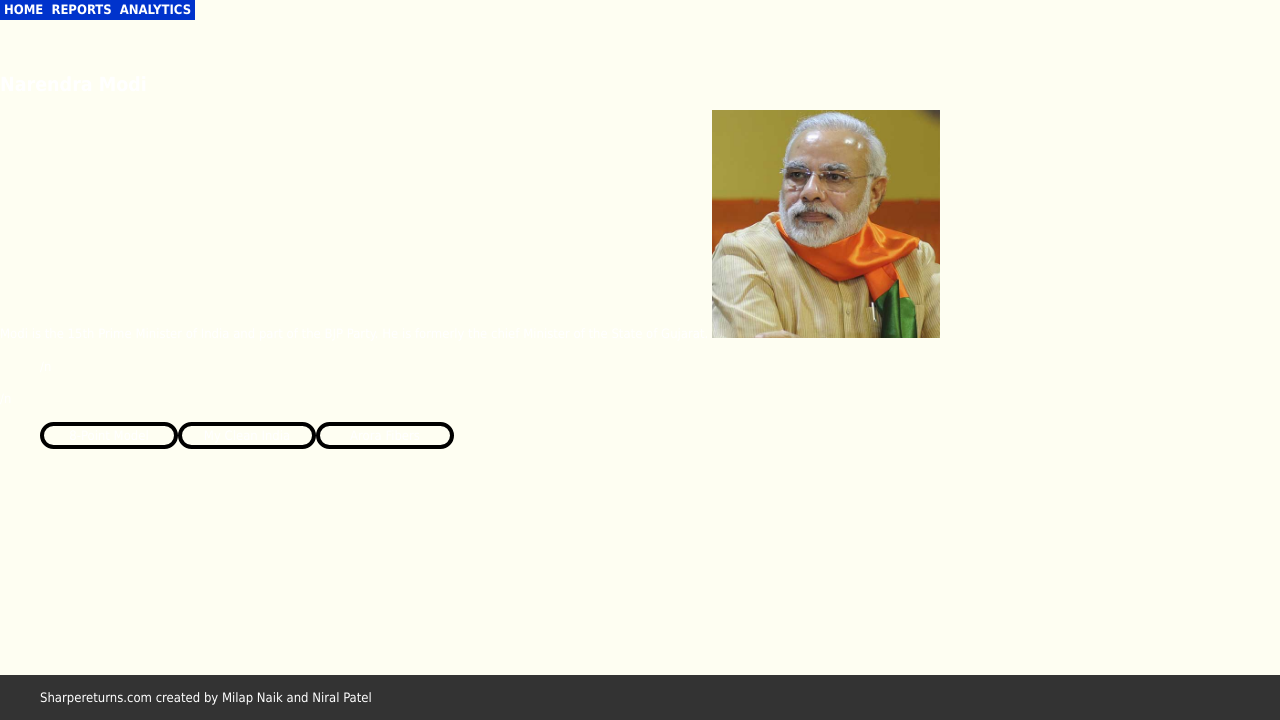
Repository: MilapNaik/Sharpereturns
Page: http://localhost/modi.php
The author's editor kept a record of every edit. The page is drawn from the files as they stood at one moment, then again after the next edit.
The browser window is 1280 px wide. The pictures show the whole page.
The page is run by PHP 8.4 with error messages shown; the project is at /var/www/html/. Queries for data that is not in the repository find no rows.

Above is the page before.

### modi.php
<!DOCTYPE html>
<html>
<head>
<meta charset="UTF-8">
<meta name="description" content="Finance Forum">
<meta name="keywords" content="Share Economy, India, Finance, Stocks,
								Analysis, Uber, Lyft, TaskRabbit">
<meta name="author" content="Milap Naik">

	<title>BSE Review</title>

	<link rel="stylesheet" type="text/css" href="style.css"/>

	<!--[if lt IE 9]>
  	<script src="http://html5shiv.googlecode.com/svn/trunk/html5.js"></script>
  	<![endif]-->
</head>
<body>
	<nav>
	<ul>
		<li><a href="/index">Home</a></li>
		<li><a href="/reports">Reports</a></li>
		<li><a href="/analytics">Analytics</a></li>
	</ul>
	</nav>

	<br>
	<br>
	<section>
		<h2>Narendra Modi</h2>
		Modi is the 15th Prime Minister of India and
		part of the BJP Party. He is formerly the
		chief Minister of the State of Gujarat.
		<img src="pics/modi.jpg" id = "modi" alt="Narendra Modi"
		style="width:228px;height:228px">
	</section>
	<section>
	<?php
 		include('config.php');

		$select="Select title, linktitle FROM articles ";

		if (!mysqli_query($dbC,$select)) {
  			die('Error: ' . mysqli_error($dbC)); //Add redirect page if broken
		}
		else{
			$result = mysqli_query($dbC, $select);
			$count = 1;
			echo "<ul>", "/n";
			while($row = mysqli_fetch_array($result)) {

				echo "<li><a href='search.php?article={$row['title']}'>
					  {$row['linktitle']}</a></li>", "/n";
				$count++;

            }
            echo "</ul>", "/n";
		}

		mysqli_close($dbC);
	?>

	<ul>
		<li><a href="search.php?article=8PointModel">8-Point Model</a></li>
		<li><a href="search.php?article=mycleanindia">My Clean India</a></li>
		<li><a href="search.php?article=arorafibers">Arora Fibers</a></li>

	</ul>
	</section>


</body>
<footer>
	<p>Sharpereturns.com created by Milap Naik and Niral Patel</p>
</footer>
</html>

### config.php
<?php
define("DBNAME", "milap_articles");
define("DBUSER", "milap");
define("DBPASS", "test");
define("DBHOST", "localhost");
$dbC = mysqli_connect(DBHOST, DBUSER, DBPASS, DBNAME)
        or die('Failed to Connect to Database');

?>

### style.css
header, footer, aside, nav, main, article, figure {
    display: block;
}

body {
    margin: 0;
    padding: 0;
    color: #FFFFFF;
    font-family: Tahoma, Geneva, sans-serif;
    font-size: 13px;
    line-height: 1.5em;
    background-color: #FEFEF2; /*#262e34;*/

}
nav ul {
    list-style-type: none;
    margin: 0;
    padding: 0;
    overflow: hidden;
    width: 900px;

}
nav ul li {
    list-style-type: none;
    display: inline;
    float: left;
}

nav a:link, a:visited {
    /*display: block;*/
    width: 135px;
    font-weight: bold;
    color: #FFFFFF;
    background-color: #0033CC;
    text-align: center;
    padding: 4px;
    text-decoration: none;
    text-transform: uppercase;
}

h3{ font-weight:bold; }
h5{ font-style: italic; }

p{ margin-left: 40px; }

#holders {
    /*Table in reports*/
    width:70%;
    margin-left:15%;
    margin-right:15%;
    }

section a:link, a:visited {
    /*group of links in index & share*/
    display: block;
    width: 130px;
    color: #FFFFFF;

    text-align: center;
    border: 4px solid black;
    border-radius: 20px;
    text-decoration: none;
}

section ul li{
    list-style-type: none;
    float: left;
}


footer {
    background-color: #333;
    width: 100%;
    bottom: 0;
    position: fixed;
}

.date{
    position: absolute;
    right: 0px;
    bottom: 0px;
}

After the next edit:
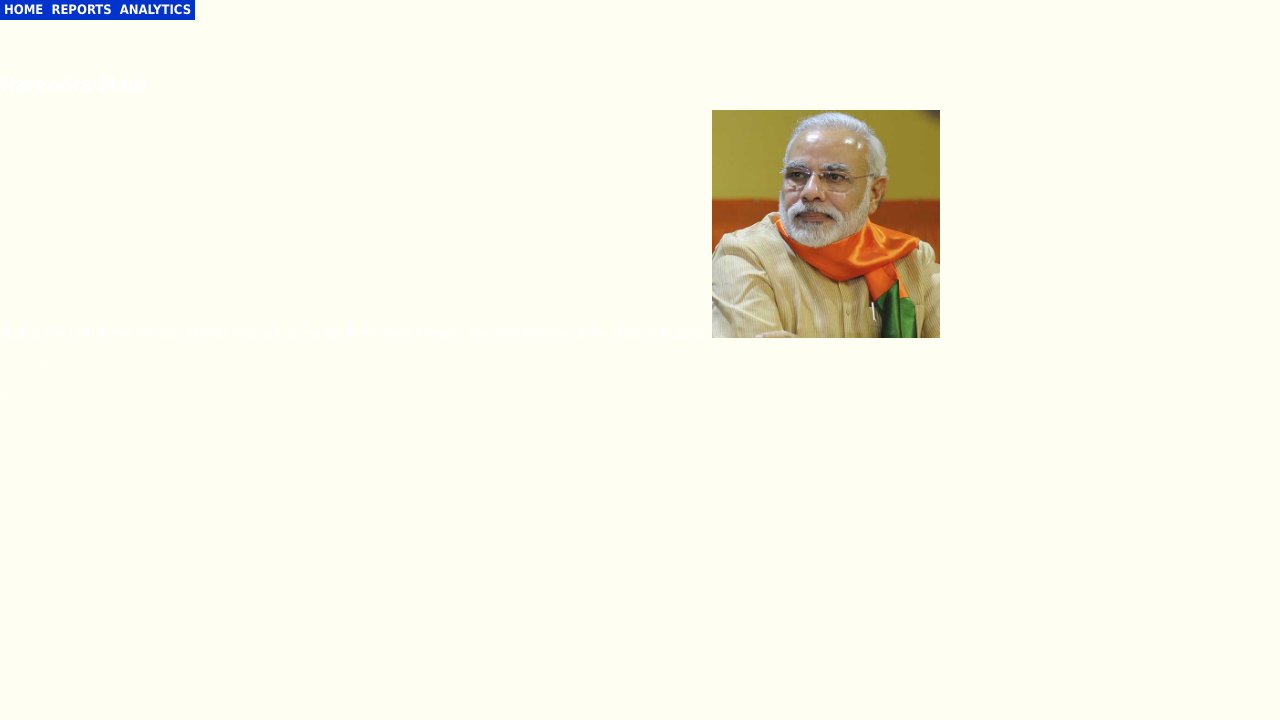
The edit:
--- a/modi.php
+++ b/modi.php
@@ -60,7 +60,7 @@
 		mysqli_close($dbC);
 	?>
 
-	<ul>
+	<!--<ul>
 		<li><a href="search.php?article=8PointModel">8-Point Model</a></li>
 		<li><a href="search.php?article=mycleanindia">My Clean India</a></li>
 		<li><a href="search.php?article=arorafibers">Arora Fibers</a></li>
